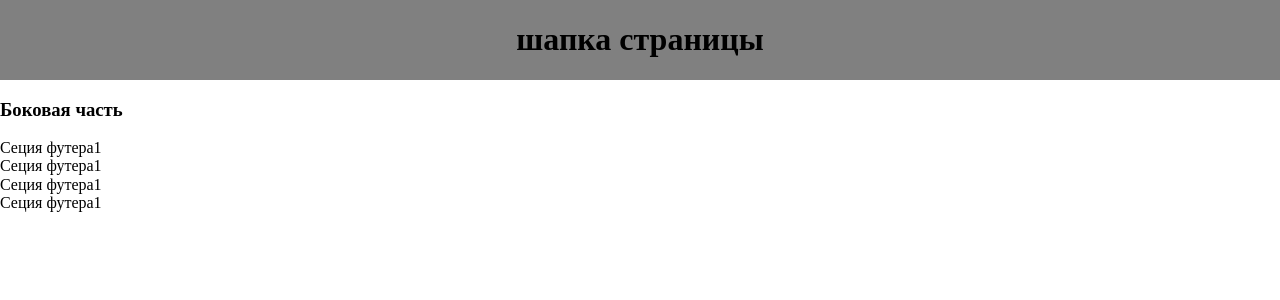
Repository: IrinaGetmanenko/week5
Page: week5/index.html
The author's editor kept a copy of each file at every save. The page is drawn from the files as they stood at one save, then again after the next save.
The browser window is 1280 px wide. The pictures show the whole page.

Above is the page before, as saved 2022-08-27 14:41:54.

After the next save:
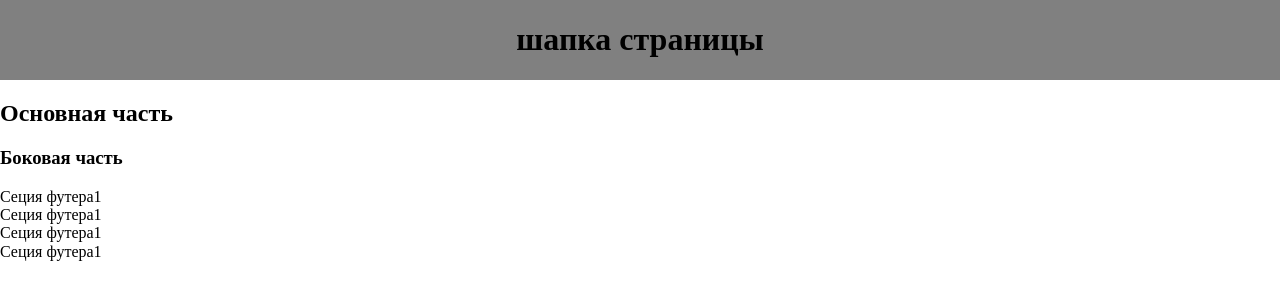
Saved 54 s later.
--- a/week5/index.html
+++ b/week5/index.html
@@ -32,6 +32,7 @@
     <main>
         <div class="container1"></div>
         <div class="main1"></div>
+        <h2>Основная часть</h2>
         <div class="Еще1"></div>
         <div class="Еще2"></div>
         <div class="Еще3"></div>
